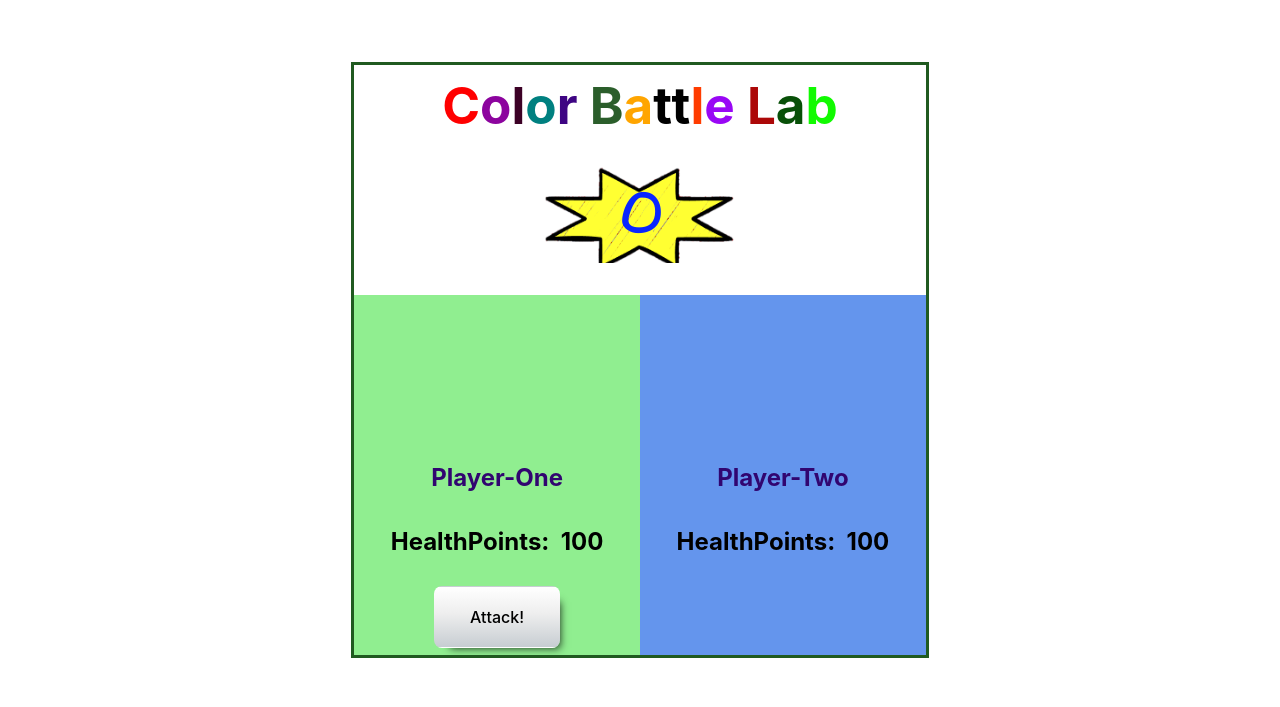
Repository: RAWdevX21/color-battle_lab-build
Page: /
The author's editor kept a copy of each file at every save. The page is drawn from the files as they stood at one save, then again after the next save.
The browser window is 1280 px wide. The pictures show the whole page.
Some web fonts or font styles are not loaded; a fallback is used. The project was rebuilt for these pictures with package versions that can differ from the ones it lists, and the page was loaded fresh each time. Also part of the build but not shown: vite.config.js.

Above is the page before, as saved 2023-08-17 09:42:03.

### index.html
<!doctype html>
<html lang="en">
  <head>
    <meta charset="UTF-8" />
    <link rel="icon" type="image/svg+xml" href="/vite.svg" />
    <link rel="preconnect" href="https://fonts.googleapis.com">
    <link rel="preconnect" href="https://fonts.gstatic.com" crossorigin>
    <link href="https://fonts.googleapis.com/css2?family=Architects+Daughter&family=Short+Stack&family=Tillana&display=swap" rel="stylesheet">
    <meta name="viewport" content="width=device-width, initial-scale=1.0" />
    <title>Color Battle</title>
  </head>
  <body>
    <div id="root"></div>
    <script type="module" src="/src/main.jsx"></script>
  </body>
</html>

### src/App.jsx
import { useState } from "react";
import GameBanner from "./Components/GameBanner";
import Player from "./Components/PlayerInfo";
import "./App.css";

export default function App() {

  const [player1, setPlayer1] = useState({
    name: "Player-One",
    color: "lightgreen",
    healthpoints: 100,
    turn: true
  });

  const [player2, setPlayer2] = useState({
    name: "Player-Two",
    color: "cornflowerblue",
    healthpoints: 100,
    turn: false
  });

  const [dice, setDice] = useState(0);

  const handleAttack = (attacker, defender, setAttacker, setDefender) => {
    console.log("Attack button pressed");
    const damage = Math.floor(Math.random() * 12) + 1;
    console.log("Calculated damage:", damage);
    setDice(damage);

    setDefender((prevDefender) => ({
      ...prevDefender,
      healthpoints: prevDefender.healthpoints - damage
    }));

    setAttacker((prevAttacker) => ({
      ...prevAttacker,
      turn: false
    }));

    // Switch turns
    if (attacker === player1) {
      setPlayer2((prevPlayer2) => ({
        ...prevPlayer2,
        turn: true
      }));
    } else {
      setPlayer1((prevPlayer1) => ({
        ...prevPlayer1,
        turn: true
      }));
    }

    if (defender.healthpoints - damage <= 0) {
      alert(`${attacker.name} wins!`);
    }
  };

  return (
    <div className="game-board">
      <GameBanner damagePoints={dice} />

      <div className="players-container">
        <div className="player-wrapper">
          <Player
            key={player1.name}
            player={player1}
            onAttack={() =>
              handleAttack(player1, player2, setPlayer1, setPlayer2)
            }
          />
        </div>
        <div className="player-wrapper">
          <Player
            key={player2.name}
            player={player2}
            onAttack={() =>
              handleAttack(player2, player1, setPlayer2, setPlayer1)
            }
          />
        </div>
      </div>
    </div>
  );
}

### src/index.css
:root {
  font-family: Inter, system-ui, Avenir, Helvetica, Arial, sans-serif;
  line-height: 1.5;
  font-weight: 400;

  color-scheme: light dark;
  background-color: #242424;

}

body {
  margin: 0;
  display: flex;
  place-items: center;
  min-width: 320px;
  min-height: 100vh;
}

h1 {
  font-size: 3.2em;
  line-height: 1.1;
}

button {
  border-radius: 8px;
  border: 1px solid transparent;
  padding: 0.6em 1.2em;
  font-size: 1em;
  font-weight: 500;
  font-family: inherit;
  background-color: #1a1a1a;
  cursor: pointer;
  transition: border-color 0.25s;
}
button:hover {
  border-color: #646cff;
}
button:focus,
button:focus-visible {
  outline: 4px auto -webkit-focus-ring-color;
}

@media (prefers-color-scheme: light) {
  :root {
    background-color: #ffffff;
  }

  button {
    background-color: #ffffff;
  }
}

### src/Components/GameBanner.jsx
import './GameBanner.css';
import Die from "./Die";

const GameBanner = ({ damagePoints }) => {
    return (
      <div className="banner">
        <h1>
          <span className="banner--c">C</span>
          <span className="banner--o">o</span>
          <span className="banner--l">l</span>
          <span className="banner--o2">o</span>
          <span className="banner--r">r</span>
          &nbsp;
          <span className="banner--b">B</span>
          <span className="banner--a">a</span>
          <span className="banner--t">t</span>
          <span className="banner--t">t</span>
          <span className="banner--l2">l</span>
          <span className="banner--e">e</span>
          &nbsp;
          <span className="banner--l3">L</span>
          <span className="banner--a2">a</span>
          <span className="banner--b2">b</span>
        </h1>
        <div className="damage-points">
          <Die value={damagePoints} />
        </div>
      </div>
    );
}

export default GameBanner;

### src/Components/PlayerInfo.jsx
import "./PlayerInfo.css";

const Player = ({ player, onAttack }) => {

  console.log(`${player.name}'s HealthPoints:`, player.healthpoints);

  return (
    <div className="player" style={{ backgroundColor: player.color }}>
      <h2>{player.name}</h2>
      <p
        className="hp"
        style={{ fontSize: "1.5rem", fontWeight: "bold", color: "black" }}>
        HealthPoints: &nbsp;{player.healthpoints}
      </p>
      {player.turn && (
        <button className="attack-button" onClick={onAttack}>
          Attack!
        </button>
      )}
    </div>
  );
};

export default Player;

### src/App.css
#root {
  margin: 0 auto;
  text-align: center;
  border: 3px solid rgba(3, 69, 3, 0.884);
}

h2 {
  color: rgb(49, 5, 112);
}

.players-container {
  display: flex;
  align-items: stretch;
}

.player-wrapper {
  flex: 1;
  height: 50vh;
  min-height: 50vh;
  box-sizing: border-box;
  overflow: hidden;
}

### src/Components/GameBanner.css
.banner {
    text-align: center;
    padding: 1em 5.5rem 2em;
    background-color: #ffffff;
    color: black;
}

.damage-points {
    margin-top: 10px;
    font-size: 6rem;
}

h1 {
    margin-top: -0.25rem;
}

.banner h1 span.banner--c { color: red; }
.banner h1 span.banner--o { color: rgb(140, 4, 158); }
.banner h1 span.banner--l { color: rgb(60, 1, 38); }
.banner h1 span.banner--o2 { color: teal; }
.banner h1 span.banner--r { color: rgb(62, 5, 131); }
.banner h1 span.banner--b { color: rgb(43, 94, 43); }
.banner h1 span.banner--a { color: orange; }
.banner h1 span.banner--t { color: black; }
.banner h1 span.banner--l2 { color: rgb(255, 60, 0); }
.banner h1 span.banner--e { color: rgb(153, 7, 245); }
.banner h1 span.banner--l3 { color: rgb(172, 8, 8); }
.banner h1 span.banner--a2 { color: rgb(8, 80, 8); }
.banner h1 span.banner--b2 { color: rgb(17, 250, 1); }

### src/Components/Die.jsx
import "./Die.css";

const Die = ({ value }) => {
  return <div className="die-container">{value}</div>;
};

export default Die;

### src/Components/PlayerInfo.css
div.player {
    height: 30rem;
    padding-top: 50%;
    line-height: 2.5rem;
}

.player {
    padding: 20px;
    box-sizing: border-box;
    background-color: #f5f5f5;
}

.attack-button {
    padding: 20px 35px;
    background-color: rgb(242, 229, 229);
    color: black;
    background: #FFFFFF;
    background: -moz-linear-gradient(top, #FFFFFF 0%, #EEEEEE 44%, #C7CDD2 100%);
    background: -webkit-linear-gradient(top, #FFFFFF 0%, #EEEEEE 44%, #C7CDD2 100%);
    background: linear-gradient(to bottom, #FFFFFF 0%, #EEEEEE 44%, #C7CDD2 100%);
    -webkit-box-shadow: 8px 8px 8px -8px rgba(0,0,0,0.85);
    box-shadow: 8px 8px 8px -8px rgba(0,0,0,0.85);
    cursor: pointer;
}

### src/Components/Die.css
.die-container {
    font-family: 'Short Stack', 'Architects Daughter', 'Tillana', cursive;
    color: rgb(9, 38, 255);
    display: flex;
    align-items: center;
    justify-content: center;
    font-size: 4rem;
    font-weight: bold;
    /* margin: 25px auto; */
    background-image: url('../assets/pow.png');
    background-size: 13rem 13.5rem;
    background-position: center;
    background-repeat: no-repeat
}

Loaded but not shown: src/main.jsx (common file)

After the next save:
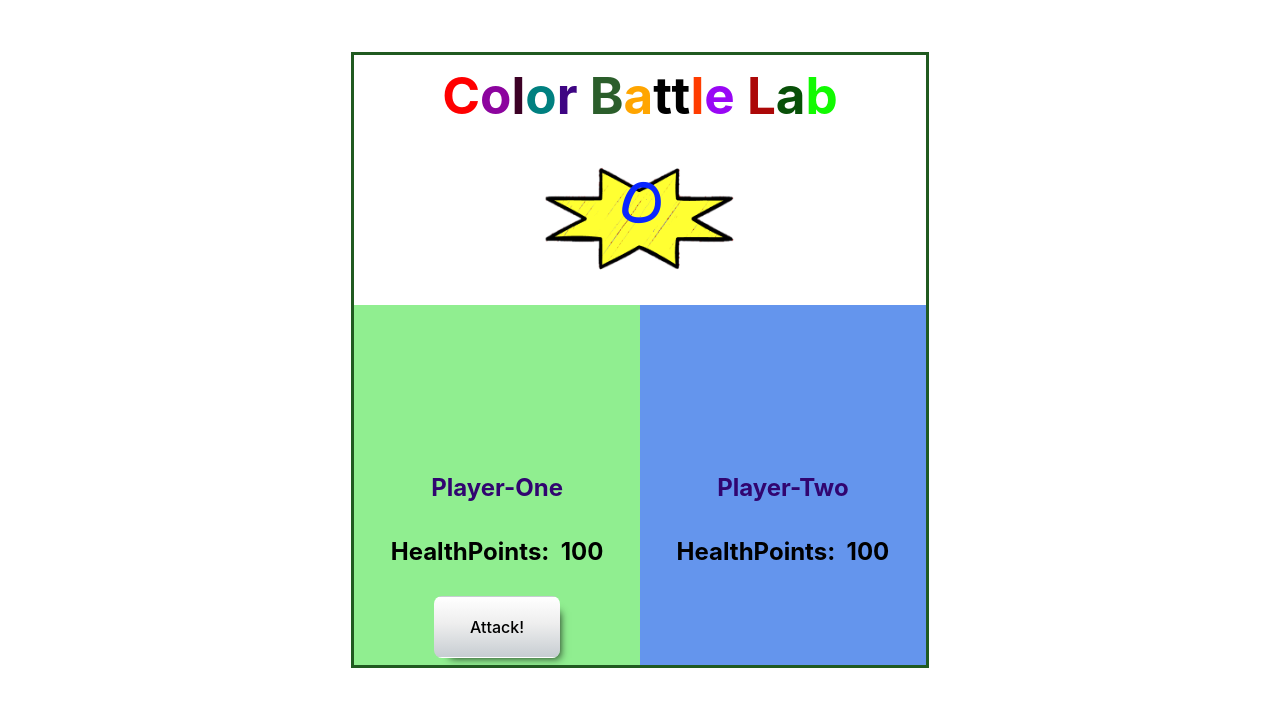
Saved 43 s later.
--- a/src/Components/Die.css
+++ b/src/Components/Die.css
@@ -6,7 +6,7 @@
     justify-content: center;
     font-size: 4rem;
     font-weight: bold;
-    /* margin: 25px auto; */
+    padding-bottom: 20px;
     background-image: url('../assets/pow.png');
     background-size: 13rem 13.5rem;
     background-position: center;
